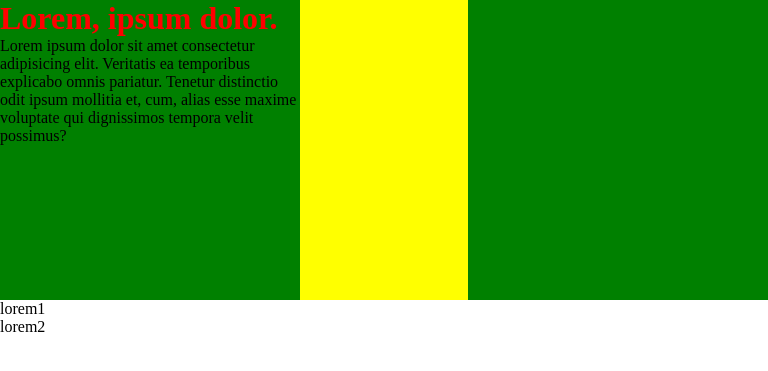
Repository: AytacSafarova/Scss-sample
Page: pages/homePage/index.html
The author's editor kept a copy of each file at every save. The page is drawn from the files as they stood at one save, then again after the next save.
The browser window is 768 px wide. The pictures show the whole page.
The style sheet was rebuilt from its Sass, Less or Tailwind sources for each picture, by a compiler version that may differ from the author's.

Above is the page before, as saved 2023-11-09 14:31:51.

After the next save:
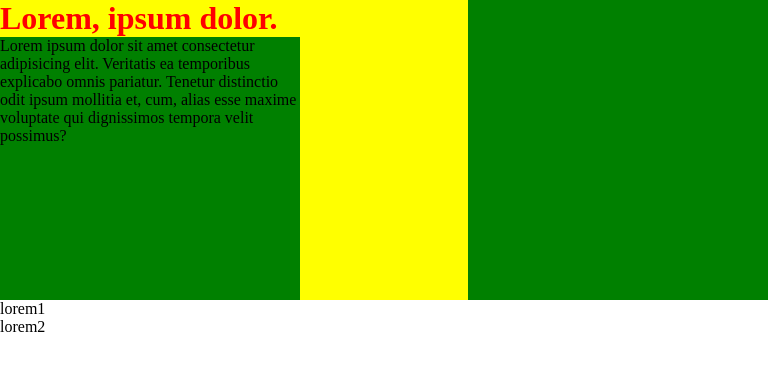
Saved 5 s later.
--- a/pages/homePage/index.scss
+++ b/pages/homePage/index.scss
@@ -26,7 +26,12 @@ $boxColor:green;
     background-color: $boxColor;
     h1 {
       color: red;
-
+      @media screen  and (max-width:1024px){
+        background-color: blanchedalmond;
+      }
+      @media screen  and (max-width:768px){
+        background-color:yellow;
+      }
     }
   }
   .child-1{
